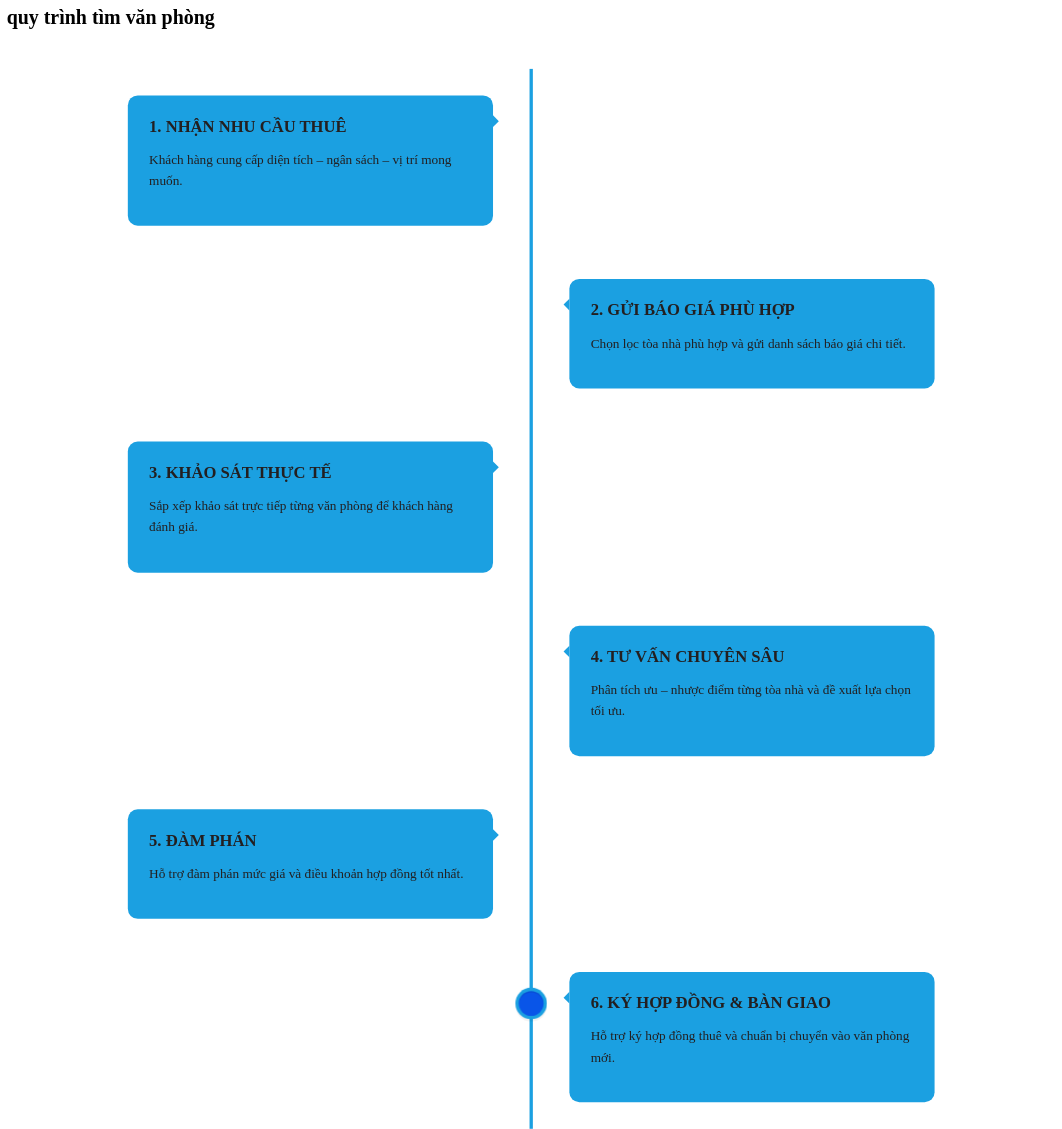
Repository: lannguyen1301/anphuholdings-main
Page: partials/home/quy-trinh-tim-van-phong-2.html
These files come from the project's save history. The page is drawn as it stood at one moment and after the next save; the edit follows.
The browser window is 1280 px wide. The pictures show the whole page, at 83% of full size.

Above is the page before, as saved 2026-01-03 09:31:15.

### partials/home/quy-trinh-tim-van-phong-2.html
<!-- style -->
<!-- quy trình tìm văn phòng 2 -->
<style>
    html,
    body {
        /* background-color: #1BA0E1; */
        height: 100%;
        font-family: 'UTM Times', serif;
        box-sizing: border-box;
    }

    .cd-container {
        width: 90%;
        max-width: 1080px;
        margin: 0 auto;
        /* background: #2B343A; */
        padding: 0 10%;
        border-radius: 2px;
    }

    .cd-container::after {
        content: '';
        display: table;
        clear: both;
    }

    /* --------------------------------

Main components

-------------------------------- */


    #cd-timeline {
        position: relative;
        padding: 2em 0;
        margin-top: 2em;
        margin-bottom: 2em;
    }

    #cd-timeline::before {
        content: '';
        position: absolute;
        top: 0;
        left: 25px;
        height: 100%;
        width: 4px;
        background: #1BA0E1;
    }

    @media only screen and (min-width: 1170px) {
        #cd-timeline {
            margin-top: 3em;
            margin-bottom: 3em;
        }

        #cd-timeline::before {
            left: 50%;
            margin-left: -2px;
        }
    }

    .cd-timeline-block {
        position: relative;
        margin: 2em 0;
    }

    .cd-timeline-block:after {
        content: "";
        display: table;
        clear: both;
    }

    .cd-timeline-block:first-child {
        margin-top: 0;
    }

    .cd-timeline-block:last-child {
        margin-bottom: 0;
    }

    @media only screen and (min-width: 1170px) {
        .cd-timeline-block {
            margin: 4em 0;
        }

        .cd-timeline-block:first-child {
            margin-top: 0;
        }

        .cd-timeline-block:last-child {
            margin-bottom: 0;
        }
    }

    .cd-timeline-img {
        position: absolute;
        top: 8px;
        left: 12px;
        width: 30px;
        height: 30px;
        border-radius: 50%;
        box-shadow: 0 0 0 4px #1BA0E1, inset 0 2px 0 rgba(0, 0, 0, 0.08), 0 3px 0 4px rgba(0, 0, 0, 0.05);
    }

    .cd-timeline-img {
        background: #0955e8;
    }

    @media only screen and (min-width: 1170px) {
        .cd-timeline-img {
            width: 30px;
            height: 30px;
            left: 50%;
            margin-left: -15px;
            margin-top: 15px;
            /* Force Hardware Acceleration in WebKit */
            -webkit-transform: translateZ(0);
            -webkit-backface-visibility: hidden;
        }
    }

    .cd-timeline-content {
        position: relative;
        margin-left: 60px;
        margin-right: 30px;
        background: #1BA0E1;
        border-radius: 12px;
        padding: 1em;

        .timeline-content-info {
            background: #2B343A;
            padding: 5px 10px;
            color: rgba(255, 255, 255, 0.7);
            font-size: 12px;
            box-shadow: inset 0 2px 0 rgba(0, 0, 0, 0.08);
            border-radius: 2px;

            i {
                margin-right: 5px;
            }

            .timeline-content-info-title,
            .timeline-content-info-date {
                width: calc(50% - 2px);
                display: inline-block;
            }

            @media (max-width: 500px) {

                .timeline-content-info-title,
                .timeline-content-info-date {
                    display: block;
                    width: 100%;
                }
            }
        }

        .content-skills {
            font-size: 12px;
            padding: 0;
            margin-bottom: 0;
            display: flex;
            flex-wrap: wrap;
            justify-content: center;

            li {
                background: #40484D;
                border-radius: 2px;
                display: inline-block;
                padding: 2px 10px;
                color: rgba(255, 255, 255, 0.7);
                margin: 3px 2px;
                text-align: center;
                flex-grow: 1;
            }
        }
    }

    .cd-timeline-content:after {
        content: "";
        display: table;
        clear: both;
    }

    .cd-timeline-content h3.procedure {
        /* color: rgba(255, 255, 255, .9); */
        color: #231F20 !important;
        font-weight: bold;
        text-transform: uppercase;
        margin-top: 0;
        margin-bottom: 5px;
    }

    .cd-timeline-content p,
    .cd-timeline-content .cd-date {
        /* color: rgba(255, 255, 255, .7); */
        color: #231F20;
        font-size: 13px;
        font-size: 0.8125rem;
    }

    .cd-timeline-content .cd-date {
        display: inline-block;
    }

    .cd-timeline-content p {
        margin: 1em 0;
        line-height: 1.6;
    }

    .cd-timeline-content::before {
        content: '';
        position: absolute;
        top: 16px;
        right: 100%;
        height: 0;
        width: 0;
        border: 7px solid transparent;
        border-right: 7px solid #333C42;
    }

    @media only screen and (min-width: 768px) {
        .cd-timeline-content h3 {
            font-size: 20px;
            color: #231F20;
            font-size: 1.25rem;
        }

        .cd-timeline-content p {
            font-size: 16px;
            font-size: 1rem;
        }

        .cd-timeline-content .cd-read-more,
        .cd-timeline-content .cd-date {
            font-size: 14px;
            font-size: 0.875rem;
        }
    }

    @media only screen and (min-width: 1170px) {
        .cd-timeline-content {
            /* color: white; */
            color: #231F20;
            margin-left: 0;
            padding: 1.6em;
            width: 36%;
            margin: 0 5%
        }

        .cd-timeline-content::before {
            top: 24px;
            left: 100%;
            border-color: transparent;
            border-left-color: #1BA0E1;
        }

        .cd-timeline-content .cd-date {
            position: absolute;
            width: 100%;
            left: 122%;
            top: 6px;
            font-size: 16px;
            font-size: 1rem;
        }

        .cd-timeline-block:nth-child(even) .cd-timeline-content {
            float: right;
        }

        .cd-timeline-block:nth-child(even) .cd-timeline-content::before {
            top: 24px;
            left: auto;
            right: 100%;
            border-color: transparent;
            border-right-color: #1BA0E1;
        }

        .cd-timeline-block:nth-child(even) .cd-timeline-content .cd-read-more {
            float: right;
        }

        .cd-timeline-block:nth-child(even) .cd-timeline-content .cd-date {
            left: auto;
            right: 122%;
            text-align: right;
        }
    }
</style>
<!-- style -->


<h2 data-aos="fade-up" data-aos-delay="300"
    class="mb-12 heading-2 uppercase text-3xl font-bold leading-tight md:text-4xl ">quy trình tìm văn phòng
</h2>

<div id="cd-timeline" class="cd-container">
    <div data-aos="fade-up" data-aos-delay="300" class="cd-timeline-block">
        <!-- <div class="cd-timeline-img cd-movie">
        </div>  -->
        <!-- cd-timeline-img -->

        <div class="cd-timeline-content">
            <h3 class="procedure">1. Nhận nhu cầu thuê</h3>
            <p class="">Khách hàng cung cấp diện tích – ngân sách – vị trí mong muốn.</p>
            <!-- <span class=" cd-date">Jan 18</span> -->
        </div> <!-- cd-timeline-content -->
    </div> <!-- cd-timeline-block -->

    <div data-aos="fade-up" data-aos-delay="300" class="cd-timeline-block">
        <!-- <div class="cd-timeline-img cd-picture">
        </div> -->
        <!-- cd-timeline-img -->

        <div class="cd-timeline-content">
            <h3 class="procedure">2. Gửi báo giá phù hợp</h3>
            <p class="">Chọn lọc tòa nhà phù hợp và gửi danh sách báo giá chi tiết.</p>
            <!-- <span class=" cd-date">Jan 24</span> -->
        </div> <!-- cd-timeline-content -->
    </div> <!-- cd-timeline-block -->

    <div data-aos="fade-up" data-aos-delay="300" class="cd-timeline-block">
        <!-- <div class="cd-timeline-img cd-location">
        </div>  -->
        <!-- cd-timeline-img -->

        <div class="cd-timeline-content">
            <h3 class="procedure">3. Khảo sát thực tế</h3>
            <p class="">Sắp xếp khảo sát trực tiếp từng văn phòng để khách hàng đánh giá.</p>
            <!-- <span class=" cd-date">Feb 14</span> -->
        </div> <!-- cd-timeline-content -->
    </div> <!-- cd-timeline-block -->

    <div data-aos="fade-up" data-aos-delay="300" class="cd-timeline-block">
        <!-- <div class="cd-timeline-img cd-location">
        </div> -->

        <div class="cd-timeline-content">
            <h3 class="procedure">4. Tư vấn chuyên sâu</h3>
            <p class="">Phân tích ưu – nhược điểm từng tòa nhà và đề xuất lựa chọn tối ưu.</p>
            <!-- <span class=" cd-date">Feb 18</span> -->
        </div> <!-- cd-timeline-content -->
    </div> <!-- cd-timeline-block -->

    <div data-aos="fade-up" data-aos-delay="300" class="cd-timeline-block">
        <!-- <div class="cd-timeline-img cd-movie">
        </div> -->
        <!-- cd-timeline-img -->

        <div class="cd-timeline-content">
            <h3 class="procedure">5. Đàm phán</h3>
            <p class="">Hỗ trợ đàm phán mức giá và điều khoản hợp đồng tốt nhất.</p>
            <!-- <span class=" cd-date">Feb 26</span> -->
        </div> <!-- cd-timeline-content -->
    </div> <!-- cd-timeline-block -->

    <div data-aos="fade-up" data-aos-delay="300" class="cd-timeline-block">
        <div class="cd-timeline-img cd-movie">
        </div> <!-- cd-timeline-img -->

        <div class="cd-timeline-content">
            <h3 class="procedure">6. Ký hợp đồng & bàn giao</h3>
            <p class="">Hỗ trợ ký hợp đồng thuê và chuẩn bị chuyển vào văn phòng mới.</p>
            <!-- <span class=" cd-date">Feb 26</span> -->
        </div> <!-- cd-timeline-content -->
    </div> <!-- cd-timeline-block -->
</div> <!-- cd-timeline -->

After the next save:
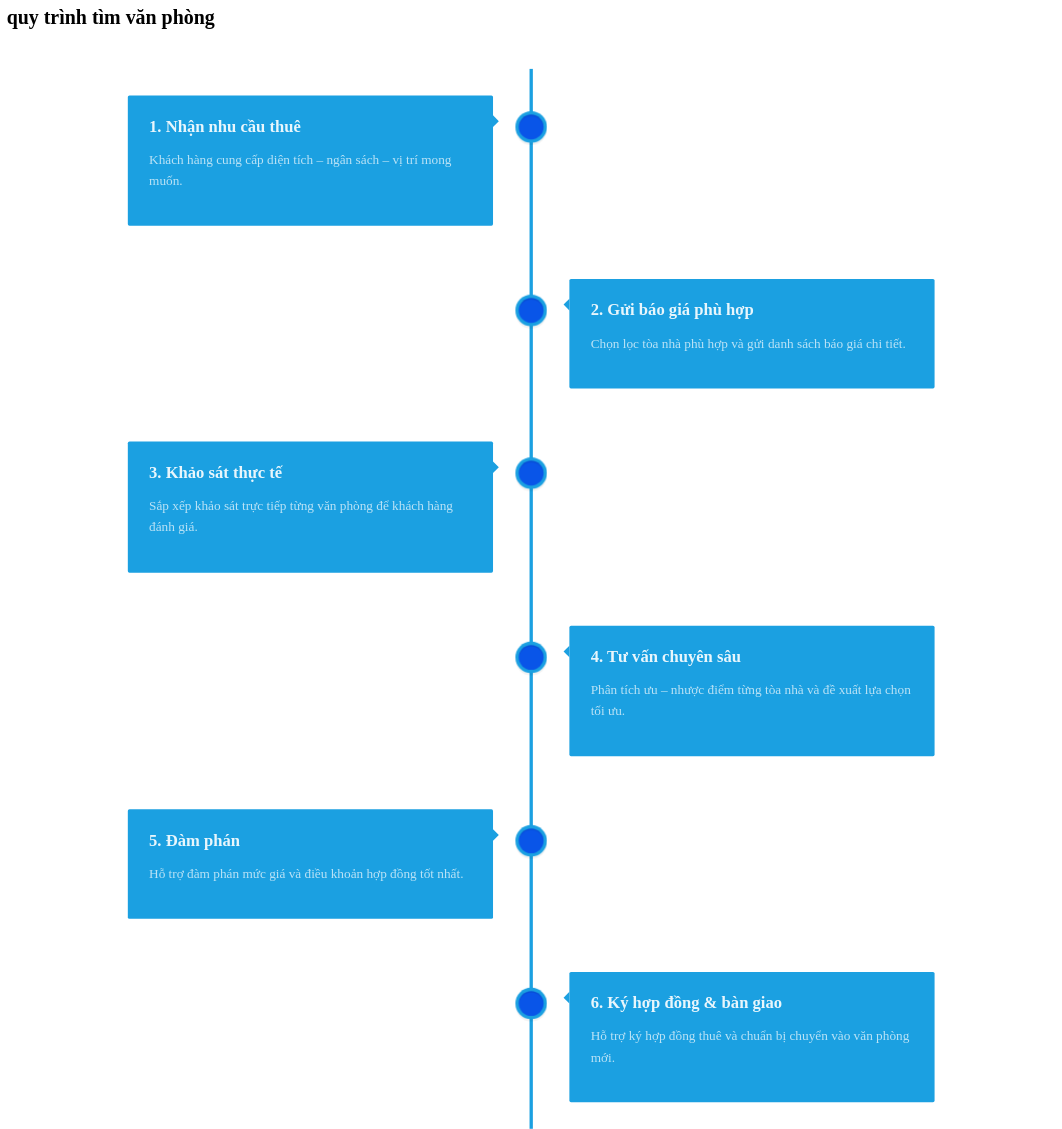
Saved 83 s later.
--- a/partials/home/quy-trinh-tim-van-phong-2.html
+++ b/partials/home/quy-trinh-tim-van-phong-2.html
@@ -125,7 +125,7 @@ Main components
         margin-left: 60px;
         margin-right: 30px;
         background: #1BA0E1;
-        border-radius: 12px;
+        border-radius: 2px;
         padding: 1em;
 
         .timeline-content-info {
@@ -183,19 +183,15 @@ Main components
         clear: both;
     }
 
-    .cd-timeline-content h3.procedure {
-        /* color: rgba(255, 255, 255, .9); */
-        color: #231F20 !important;
-        font-weight: bold;
-        text-transform: uppercase;
+    .cd-timeline-content h3 {
+        color: rgba(255, 255, 255, .9);
         margin-top: 0;
         margin-bottom: 5px;
     }
 
     .cd-timeline-content p,
     .cd-timeline-content .cd-date {
-        /* color: rgba(255, 255, 255, .7); */
-        color: #231F20;
+        color: rgba(255, 255, 255, .7);
         font-size: 13px;
         font-size: 0.8125rem;
     }
@@ -223,7 +219,6 @@ Main components
     @media only screen and (min-width: 768px) {
         .cd-timeline-content h3 {
             font-size: 20px;
-            color: #231F20;
             font-size: 1.25rem;
         }
 
@@ -241,8 +236,7 @@ Main components
 
     @media only screen and (min-width: 1170px) {
         .cd-timeline-content {
-            /* color: white; */
-            color: #231F20;
+            color: white;
             margin-left: 0;
             padding: 1.6em;
             width: 36%;
@@ -297,72 +291,68 @@ Main components
 
 <div id="cd-timeline" class="cd-container">
     <div data-aos="fade-up" data-aos-delay="300" class="cd-timeline-block">
-        <!-- <div class="cd-timeline-img cd-movie">
-        </div>  -->
-        <!-- cd-timeline-img -->
-
-        <div class="cd-timeline-content">
-            <h3 class="procedure">1. Nhận nhu cầu thuê</h3>
-            <p class="">Khách hàng cung cấp diện tích – ngân sách – vị trí mong muốn.</p>
-            <!-- <span class=" cd-date">Jan 18</span> -->
-        </div> <!-- cd-timeline-content -->
-    </div> <!-- cd-timeline-block -->
-
-    <div data-aos="fade-up" data-aos-delay="300" class="cd-timeline-block">
-        <!-- <div class="cd-timeline-img cd-picture">
-        </div> -->
-        <!-- cd-timeline-img -->
-
-        <div class="cd-timeline-content">
-            <h3 class="procedure">2. Gửi báo giá phù hợp</h3>
-            <p class="">Chọn lọc tòa nhà phù hợp và gửi danh sách báo giá chi tiết.</p>
-            <!-- <span class=" cd-date">Jan 24</span> -->
-        </div> <!-- cd-timeline-content -->
-    </div> <!-- cd-timeline-block -->
-
-    <div data-aos="fade-up" data-aos-delay="300" class="cd-timeline-block">
-        <!-- <div class="cd-timeline-img cd-location">
-        </div>  -->
-        <!-- cd-timeline-img -->
-
-        <div class="cd-timeline-content">
-            <h3 class="procedure">3. Khảo sát thực tế</h3>
-            <p class="">Sắp xếp khảo sát trực tiếp từng văn phòng để khách hàng đánh giá.</p>
-            <!-- <span class=" cd-date">Feb 14</span> -->
-        </div> <!-- cd-timeline-content -->
-    </div> <!-- cd-timeline-block -->
-
-    <div data-aos="fade-up" data-aos-delay="300" class="cd-timeline-block">
-        <!-- <div class="cd-timeline-img cd-location">
-        </div> -->
-
-        <div class="cd-timeline-content">
-            <h3 class="procedure">4. Tư vấn chuyên sâu</h3>
-            <p class="">Phân tích ưu – nhược điểm từng tòa nhà và đề xuất lựa chọn tối ưu.</p>
-            <!-- <span class=" cd-date">Feb 18</span> -->
-        </div> <!-- cd-timeline-content -->
-    </div> <!-- cd-timeline-block -->
-
-    <div data-aos="fade-up" data-aos-delay="300" class="cd-timeline-block">
-        <!-- <div class="cd-timeline-img cd-movie">
-        </div> -->
-        <!-- cd-timeline-img -->
-
-        <div class="cd-timeline-content">
-            <h3 class="procedure">5. Đàm phán</h3>
-            <p class="">Hỗ trợ đàm phán mức giá và điều khoản hợp đồng tốt nhất.</p>
-            <!-- <span class=" cd-date">Feb 26</span> -->
-        </div> <!-- cd-timeline-content -->
-    </div> <!-- cd-timeline-block -->
-
-    <div data-aos="fade-up" data-aos-delay="300" class="cd-timeline-block">
         <div class="cd-timeline-img cd-movie">
         </div> <!-- cd-timeline-img -->
 
         <div class="cd-timeline-content">
-            <h3 class="procedure">6. Ký hợp đồng & bàn giao</h3>
-            <p class="">Hỗ trợ ký hợp đồng thuê và chuẩn bị chuyển vào văn phòng mới.</p>
-            <!-- <span class=" cd-date">Feb 26</span> -->
+            <h3 class="text-gray-800">1. Nhận nhu cầu thuê</h3>
+            <p>Khách hàng cung cấp diện tích – ngân sách – vị trí mong muốn.</p>
+            <!-- <span class="cd-date">Jan 18</span> -->
+        </div> <!-- cd-timeline-content -->
+    </div> <!-- cd-timeline-block -->
+
+    <div data-aos="fade-up" data-aos-delay="300" class="cd-timeline-block">
+        <div class="cd-timeline-img cd-picture">
+        </div> <!-- cd-timeline-img -->
+
+        <div class="cd-timeline-content">
+            <h3 class="text-gray-800">2. Gửi báo giá phù hợp</h3>
+            <p>Chọn lọc tòa nhà phù hợp và gửi danh sách báo giá chi tiết.</p>
+            <!-- <span class="cd-date">Jan 24</span> -->
+        </div> <!-- cd-timeline-content -->
+    </div> <!-- cd-timeline-block -->
+
+    <div data-aos="fade-up" data-aos-delay="300" class="cd-timeline-block">
+        <div class="cd-timeline-img cd-location">
+        </div> <!-- cd-timeline-img -->
+
+        <div class="cd-timeline-content">
+            <h3 class="">3. Khảo sát thực tế</h3>
+            <p>Sắp xếp khảo sát trực tiếp từng văn phòng để khách hàng đánh giá.</p>
+            <!-- <span class="cd-date">Feb 14</span> -->
+        </div> <!-- cd-timeline-content -->
+    </div> <!-- cd-timeline-block -->
+
+    <div data-aos="fade-up" data-aos-delay="300" class="cd-timeline-block">
+        <div class="cd-timeline-img cd-location">
+        </div>
+
+        <div class="cd-timeline-content">
+            <h3 class="">4. Tư vấn chuyên sâu</h3>
+            <p>Phân tích ưu – nhược điểm từng tòa nhà và đề xuất lựa chọn tối ưu.</p>
+            <!-- <span class="cd-date">Feb 18</span> -->
+        </div> <!-- cd-timeline-content -->
+    </div> <!-- cd-timeline-block -->
+
+    <div data-aos="fade-up" data-aos-delay="300" class="cd-timeline-block">
+        <div class="cd-timeline-img cd-movie">
+        </div> <!-- cd-timeline-img -->
+
+        <div class="cd-timeline-content">
+            <h3 class="">5. Đàm phán</h3>
+            <p>Hỗ trợ đàm phán mức giá và điều khoản hợp đồng tốt nhất.</p>
+            <!-- <span class="cd-date">Feb 26</span> -->
+        </div> <!-- cd-timeline-content -->
+    </div> <!-- cd-timeline-block -->
+
+    <div data-aos="fade-up" data-aos-delay="300" class="cd-timeline-block">
+        <div class="cd-timeline-img cd-movie">
+        </div> <!-- cd-timeline-img -->
+
+        <div class="cd-timeline-content">
+            <h3 class="">6. Ký hợp đồng & bàn giao</h3>
+            <p>Hỗ trợ ký hợp đồng thuê và chuẩn bị chuyển vào văn phòng mới.</p>
+            <!-- <span class="cd-date">Feb 26</span> -->
         </div> <!-- cd-timeline-content -->
     </div> <!-- cd-timeline-block -->
 </div> <!-- cd-timeline -->
